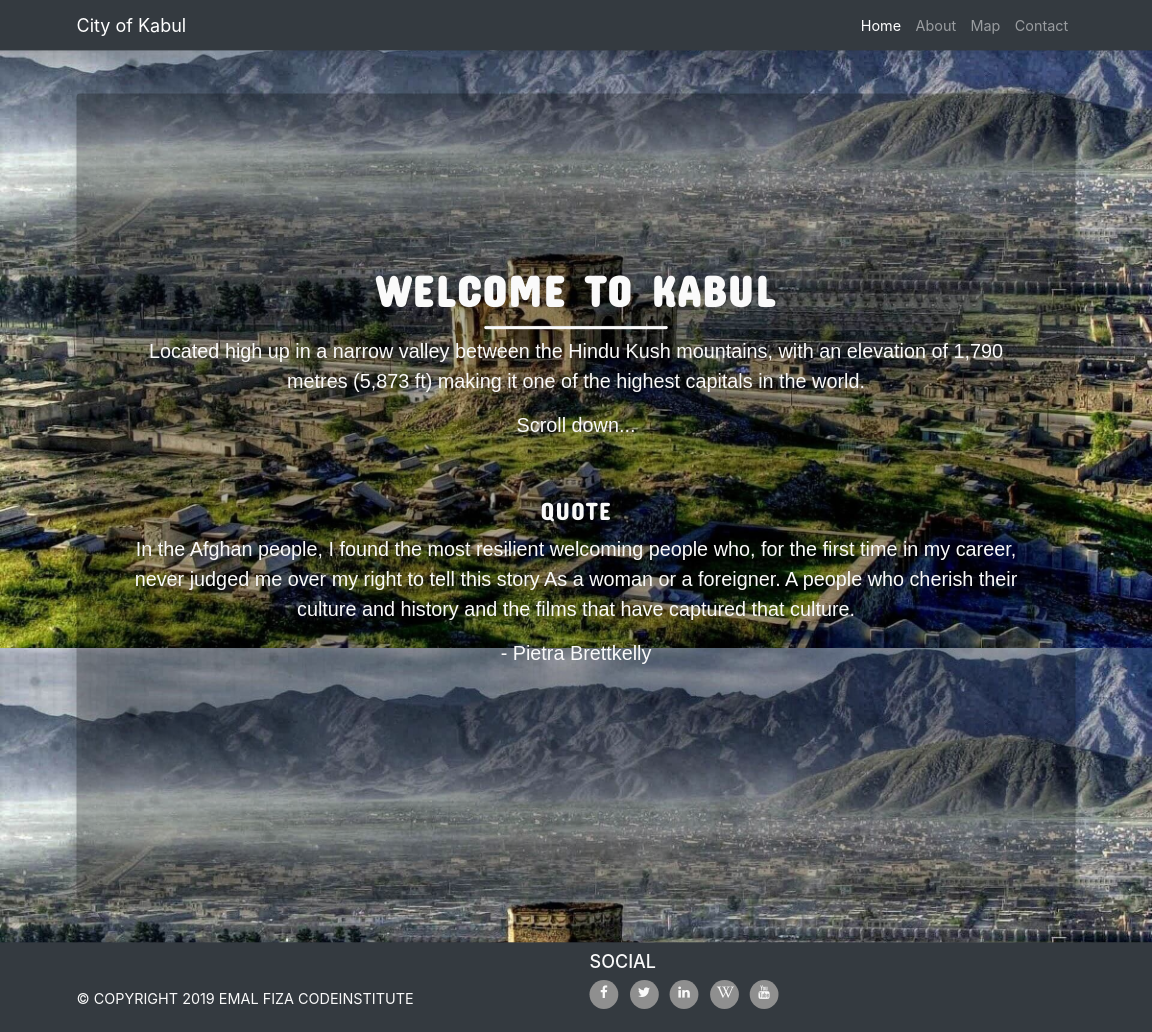
Repository: emalfiza/project-kabul
Page: index.html
The author's editor kept a record of every edit. The page is drawn from the files as they stood at one moment, then again after the next edit.
The browser window is 1280 px wide. The pictures show the whole page, at 90% of full size.
Backgrounds fixed to the window are drawn as part of the page. Some web fonts or font styles are not loaded; a fallback is used. Some web libraries are served in a nearby version.

Above is the page before.

After the next edit:
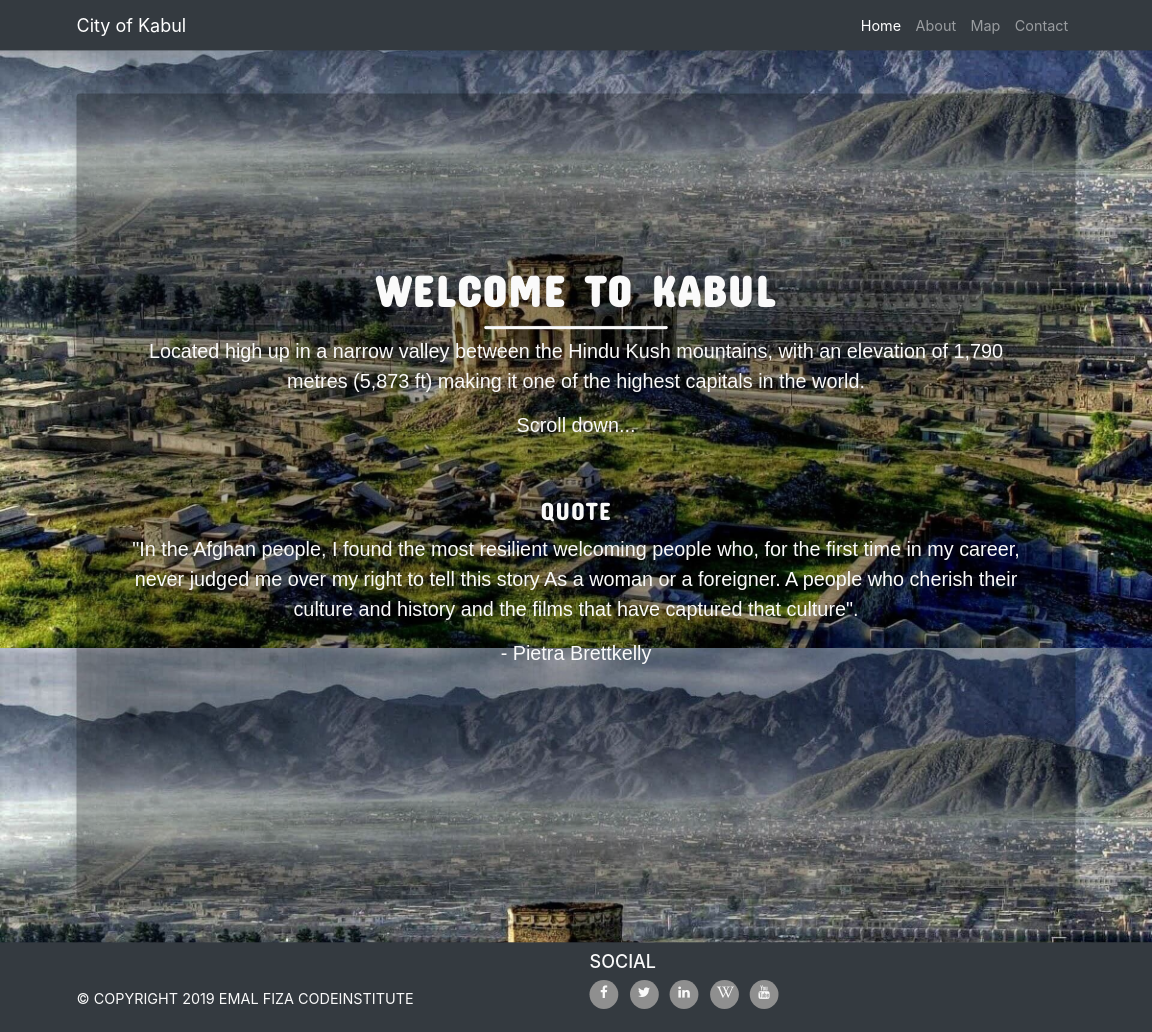
The edit:
--- a/index.html
+++ b/index.html
@@ -58,8 +58,8 @@
           </div>
           <div class="quote" style="height: 400px">
             <h3>Quote</h3>
-            <P>In the Afghan people, I found the most resilient welcoming people who, for the first time in my career, never judged me over my right to tell this story
-            As a woman or a foreigner. A people who cherish their culture and history and the films that have captured that culture.</P>
+            <P>"In the Afghan people, I found the most resilient welcoming people who, for the first time in my career, never judged me over my right to tell this story
+            As a woman or a foreigner. A people who cherish their culture and history and the films that have captured that culture".</P>
             <p>- Pietra Brettkelly</p>
           </div>
         </div>
